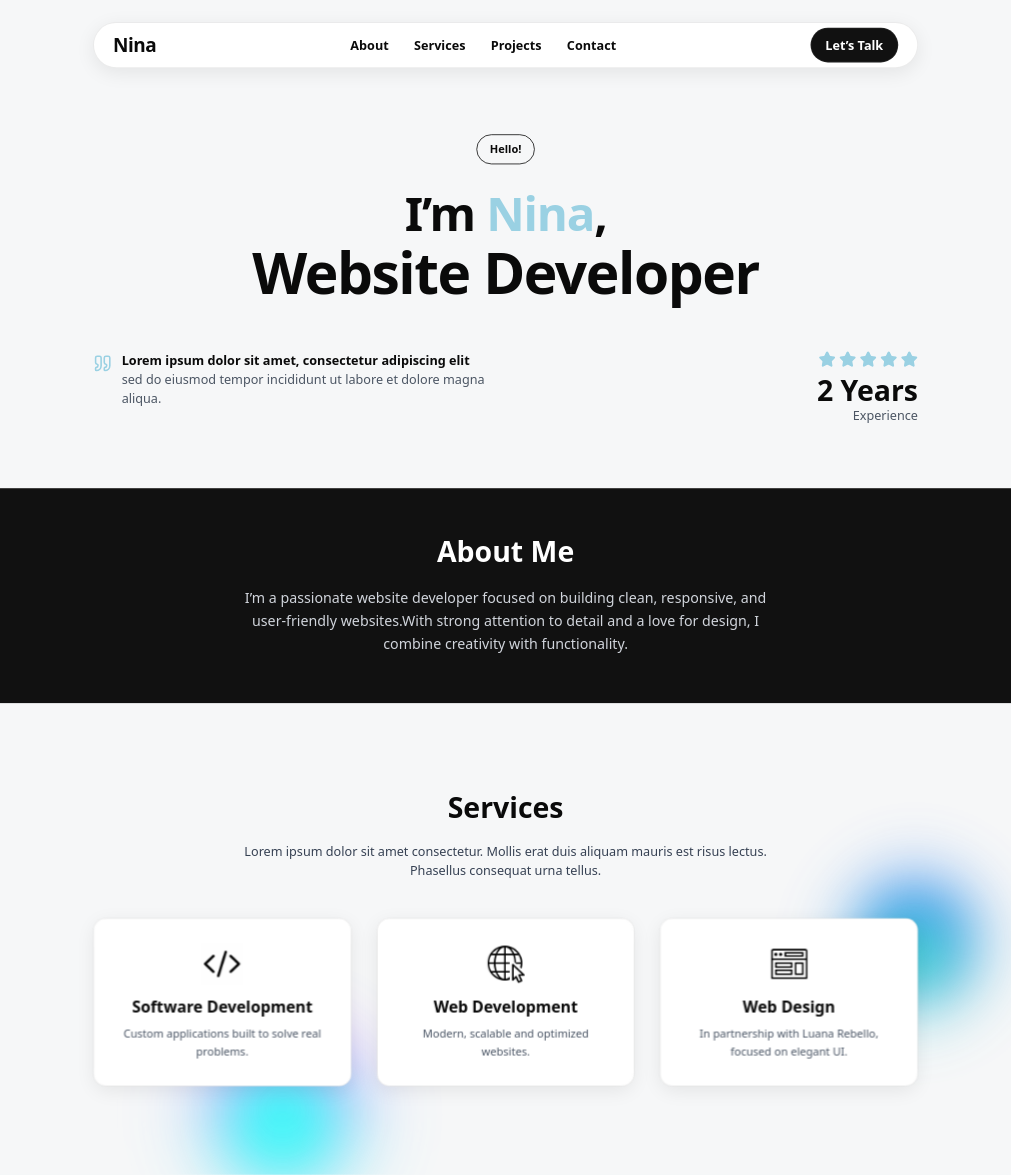
Repository: nina-rebello/portfolio
Page: /
These files come from the project's save history. The page is drawn as it stood at one moment and after the next save; the edit follows.
The browser window is 1280 px wide. The pictures show the whole page, at 79% of full size.
The project was rebuilt for these pictures with package versions that can differ from the ones it lists, and the page was loaded fresh each time. The framework's server and built-in components were replaced by stand-ins that run in the browser. Also part of the build but not shown: next.config.ts.

Above is the page before, as saved 2025-09-11 16:01:08.

### app/page.tsx
// app/page.tsx
import Header from "@/components/header/Header";
import AboutMe from "@/components/sections/About";
import Hero from "@/components/sections/Hero";
import Services from "@/components/sections/Services";

export default function HomePage() {
  return (
    <>
      <Header />
      <main>
        <Hero />
        <AboutMe />
        <Services />
      </main>
    </>
  );
}

### app/globals.css
@import "tailwindcss";
/* app/(styles)/header.css */
:root{
  --bg:#f6f7f8;           /* fundo clarinho do mock */
  --ink:#0a0a0a;          /* texto principal */
  --muted:#4b5563;        /* texto secundário */
  --pill:#ffffff;         /* fundo do header/cta pill */
  --brand:#9ad1e3;        /* azul do “Nina” e estrelas */
}

html,body{background:var(--bg); color:var(--ink);}

/* helpers */
.container-hero{max-width:1100px; margin-inline:auto; padding-inline:clamp(16px,3vw,28px);}
.glass{
  background:var(--pill);
  border:1px solid rgba(0,0,0,.08);
  box-shadow:0 6px 24px rgba(0,0,0,.08);
}
.btn-pill{
  border-radius:9999px; padding:10px 18px; font-weight:600;
  background:#111; color:#fff; border:1px solid rgba(255,255,255,.1);
  transition:transform .15s ease, box-shadow .15s ease, opacity .2s ease;
}
.btn-pill:hover{ transform:translateY(-1px); box-shadow:0 8px 24px rgba(0,0,0,.18);}
.nav-link{ padding:10px 14px; border-radius:12px; font-weight:600; }
.nav-link:hover{ background:rgba(0,0,0,.04); }

### components/header/Header.tsx
"use client";

import Link from "next/link";
import { useState, useEffect } from "react";
import { Menu, X } from "lucide-react";

const NAV = [
  { label: "About", href: "#about" },
  { label: "Services", href: "#services" },
  { label: "Projects", href: "#projects" },
  { label: "Contact", href: "#contact" },
];

export default function Header() {
  const [open, setOpen] = useState(false);

  // fecha o menu ao navegar/scroll
  useEffect(() => {
    const close = () => setOpen(false);
    window.addEventListener("scroll", close);
    return () => window.removeEventListener("scroll", close);
  }, []);

  return (
    <header className="sticky top-7 z-50">
      <div className="container-hero">
        <div
          className="glass flex items-center justify-between rounded-[32px] px-4 sm:px-6 py-1.5"
          role="navigation"
          aria-label="Primary"
        >
          {/* logo / nome */}
          <Link href="/" className="font-bold tracking-tight text-xl sm:text-2xl">
            Nina
          </Link>

          {/* desktop nav */}
          <nav className="hidden md:flex items-center gap-1">
            {NAV.map((i) => (
              <a key={i.href} href={i.href} className="nav-link">
                {i.label}
              </a>
            ))}
          </nav>

          {/* CTA */}
          <div className="hidden md:block">
            <a href="#contact" className="btn-pill">Let’s Talk</a>
          </div>

          {/* mobile toggle */}
          <button
            aria-label="Abrir menu"
            className="md:hidden p-2 rounded-xl hover:bg-black/5"
            onClick={() => setOpen((v) => !v)}
          >
            {open ? <X /> : <Menu />}
          </button>
        </div>

        {/* mobile sheet */}
        {open && (
          <div className="md:hidden mt-2 glass rounded-3xl p-3">
            <nav className="grid gap-1">
              {NAV.map((i) => (
                <a
                  key={i.href}
                  href={i.href}
                  className="nav-link"
                  onClick={() => setOpen(false)}
                >
                  {i.label}
                </a>
              ))}
              <a href="#contact" className="btn-pill text-center mt-1">
                Let’s Talk
              </a>
            </nav>
          </div>
        )}
      </div>
    </header>
  );
}

### components/sections/About.tsx
export default function AboutMe() {
  return (
    <section id="about" className="bg-[#111] text-white  py-11 sm:py-15 mt-4 sm:mt-20">
      <div className="container-hero text-center">
        <h2 className="text-3xl sm:text-4xl font-extrabold mb-6">
          About Me
        </h2>
        <p className="max-w-2xl mx-auto text-lg text-gray-300 leading-relaxed">
          I’m a passionate website developer focused on building
          clean, responsive, and user-friendly websites.
          {/* <br /> */}
          With strong attention to detail and a love for design,
          I combine creativity with functionality.
        </p>
      </div>
    </section>
  );
}

### components/sections/Hero.tsx
import { Quote, Star } from "lucide-react";

function HelloBubble() {
  return (
    <div className="inline-flex items-center gap-2">
      <span className="inline-flex items-center justify-center rounded-full border px-4 py-2 text-sm font-semibold">
        Hello!
      </span>
    </div>
  );
}

export default function Hero() {
  return (
    <section className="pt-20 sm:pt-28">
      <div className="container-hero">
        {/* bloco principal */}
        <div className="text-center">
          <div className="mb-6 sm:mb-8">
            <HelloBubble />
          </div>

          <p className="text-4xl sm:text-5xl md:text-6xl font-bold tracking-tight">
            I’m{" "}
            <span style={{ color: "var(--brand)" }}>
              Nina
            </span>
            ,
          </p>
          <h1 className="mt-2 text-4xl sm:text-6xl md:text-7xl font-bold tracking-tight">
            Website Developer
          </h1>
        </div>

        {/* faixa inferior: quote esquerda / rating direita */}
        <div className="mt-16 grid grid-cols-1 md:grid-cols-2 gap-8 items-start">
          {/* quote */}
          <div className="flex gap-3">
            <div className="mt-1">
              <Quote className="text-[var(--brand)]" />
            </div>
            <div>
              <p className="font-semibold">
                Lorem ipsum dolor sit amet, consectetur adipiscing elit
              </p>
              <p className="text-[var(--muted)]">
                sed do eiusmod tempor incididunt ut labore et dolore magna aliqua.
              </p>
            </div>
          </div>

          {/* rating / experiência */}
          <div className="flex md:justify-end">
            <div className="text-right">
              <div className="flex justify-end gap-1 mb-2" aria-label="5 out of 5 stars">
                {Array.from({ length: 5 }).map((_, i) => (
                  <Star key={i} className="text-[var(--brand)]" fill="currentColor" size={22} />
                ))}
              </div>
              <div className="text-3xl sm:text-4xl font-bold">2 Years</div>
              <div className="text-[var(--muted)]">Experience</div>
            </div>
          </div>
        </div>
      </div>
    </section>
  );
}

### components/sections/Services.tsx
import Image from "next/image";
import { Code, Globe, Layout } from "lucide-react";

const services = [
  {
    icon: "/icons/icons8-source-code-96.png",
    title: "Software Development",
    desc: "Custom applications built to solve real problems.",
  },
  {
    icon: "/icons/icons8-internet-100.png",
    title: "Web Development",
    desc: "Modern, scalable and optimized websites.",
  },
  {
    icon: "/icons/icons8-web-100.png",
    title: "Web Design",
    desc: "In partnership with Luana Rebello, focused on elegant UI.",
  },
];
export default function Services() {
  return (
    <section id="services" className="relative overflow-hidden py-28">
      {/* === background gradients === */}
      <div className="absolute inset-0 z-0 pointer-events-none select-none">
        <Image
          src="/gradients/light-leak-blur-transparent-free-png.png"
          alt=""
          width={1400}
          height={1000}
          className="absolute -top-32 left-20 w-[100px] opacity-80"
          priority
        />
        <Image
          src="/gradients/blur-gradient-purple.png"
          alt=""
          width={1200}
          height={1200}
          className="absolute -bottom-40 left-[8%] w-[520px] opacity-70"
        />
        <Image
          src="/gradients/blur-gradient.png"
          alt=""
          width={600}
          height={600}
          className="absolute top-24 -right-28 w-[460px] opacity-70"
        />
      </div>

      {/* === conteúdo (fica acima do fundo) === */}
      <div className="container-hero relative z-10 text-center">
        <h2 className="text-3xl sm:text-4xl font-extrabold mb-6">Services</h2>
        <p className="max-w-2xl mx-auto mb-12 text-gray-700">
          Lorem ipsum dolor sit amet consectetur. Mollis erat duis aliquam
          mauris est risus lectus. Phasellus consequat urna tellus.
        </p>

        <div className="grid gap-8 sm:grid-cols-2 lg:grid-cols-3">
          {services.map((s) => (
            <div
              key={s.title}
              className="glass p-8 rounded-2xl backdrop-blur-md hover:shadow-xl transition"
            >
              <Image
                src={s.icon}
                alt={s.title}
                width={50}
                height={50}
                className="mx-auto mb-4"
              />
              <h3 className="font-bold text-xl mb-2">{s.title}</h3>
              <p className="text-gray-600 text-sm leading-relaxed">{s.desc}</p>
            </div>
          ))}
        </div>
      </div>
    </section>
  );
}

Loaded but not shown: app/layout.tsx (common file)

After the next save:
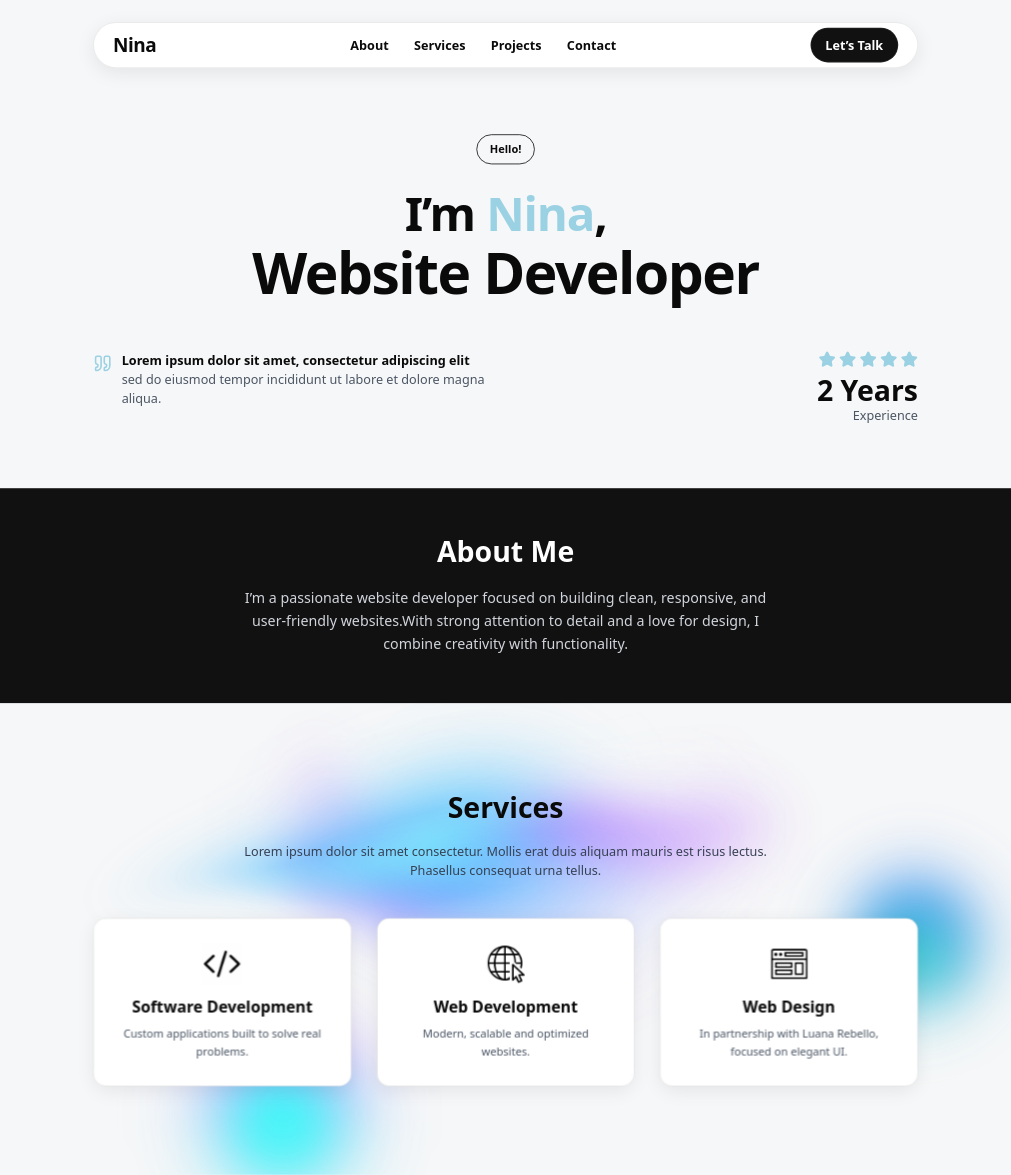
Saved 9 s later.
--- a/components/sections/Services.tsx
+++ b/components/sections/Services.tsx
@@ -28,7 +28,7 @@ export default function Services() {
           alt=""
           width={1400}
           height={1000}
-          className="absolute -top-32 left-20 w-[100px] opacity-80"
+          className="absolute -top-32 left-20 w-[1000px] opacity-80"
           priority
         />
         <Image
